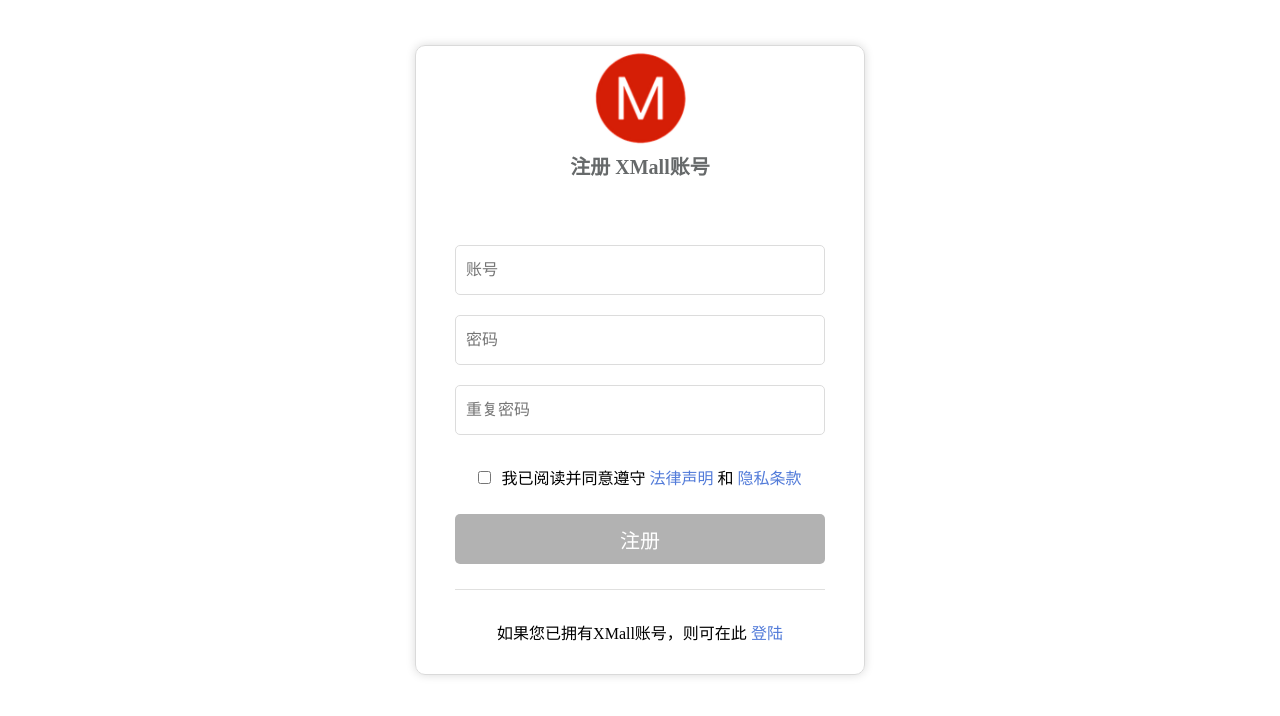
Repository: dingqihui1997/xmall-demo
Page: /signin
The author's editor kept a copy of each file at every save. The page is drawn from the files as they stood at one save, then again after the next save.
The browser window is 1280 px wide. The pictures show the whole page.
The project was rebuilt for these pictures with package versions that can differ from the ones it lists, and the page was loaded fresh each time. Also part of the build but not shown: vue.config.js, src/views/Home.vue.

Above is the page before, as saved 2021-06-29 17:35:11.

After the next save:
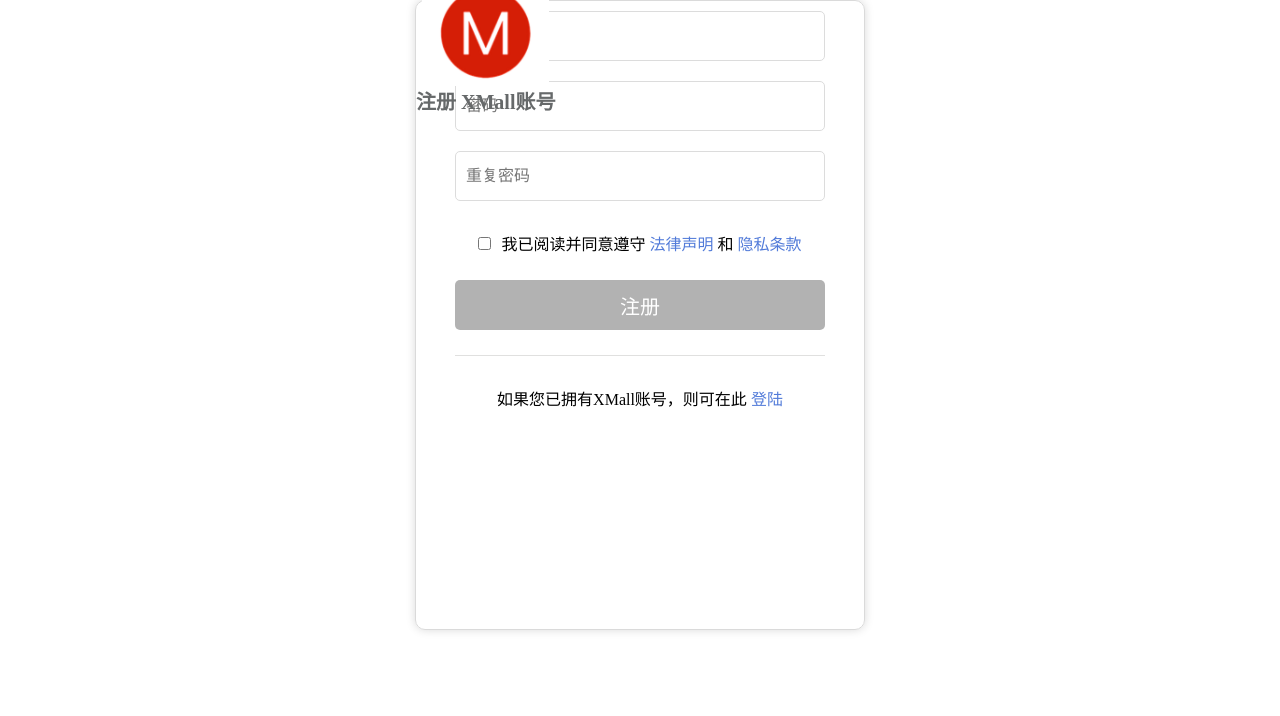
Saved 48 s later.
--- a/src/components/signin/Signin.vue
+++ b/src/components/signin/Signin.vue
@@ -121,7 +121,7 @@
   border: 1px solid #dadada;
   border-radius: 10px;
   box-shadow: 0 0 10px #dadada;
-  //   position: relative;
+  position: relative;
 }
 .one {
   height: 100vh;
@@ -132,8 +132,8 @@
   color: #66696a;
   font-weight: 700;
   margin-bottom: 35px;
-  //   position: absolute;
-  //   top: 20px;
+  position: absolute;
+  top: -20px;
 }
 .ipt {
   width: 370px;

After the save that followed:
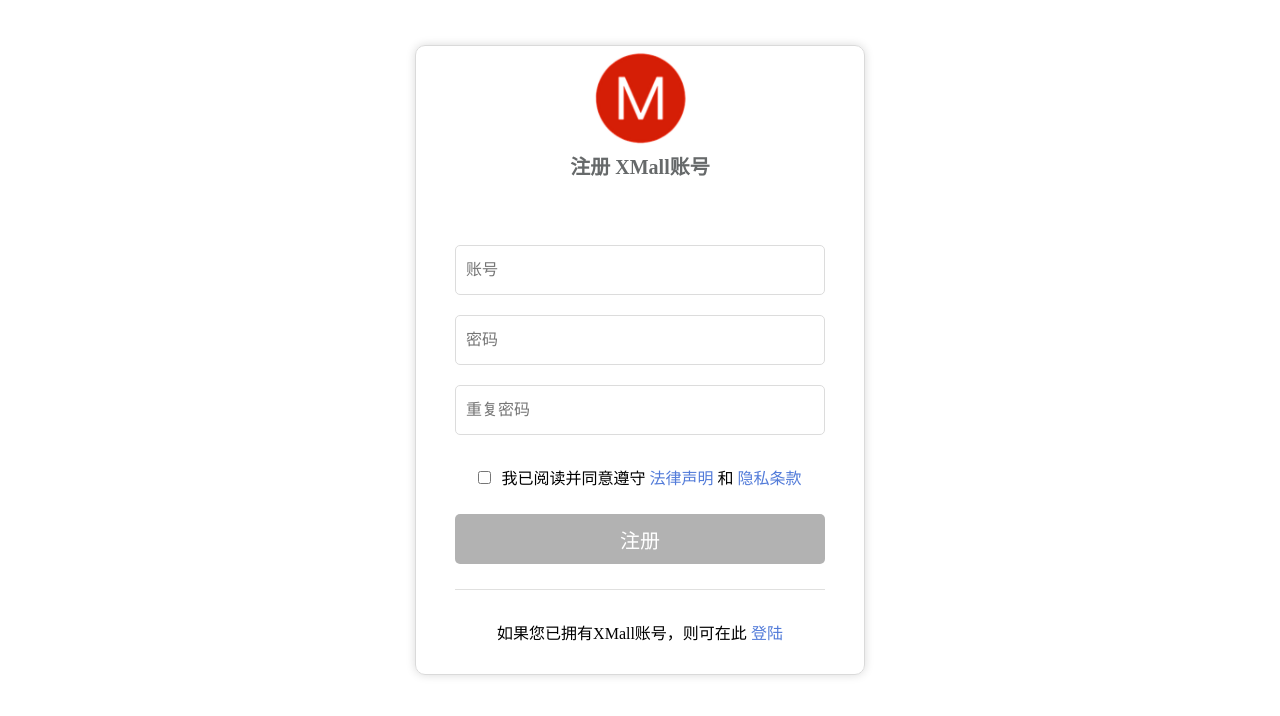
Saved 24 s later.
--- a/src/components/signin/Signin.vue
+++ b/src/components/signin/Signin.vue
@@ -121,7 +121,7 @@
   border: 1px solid #dadada;
   border-radius: 10px;
   box-shadow: 0 0 10px #dadada;
-  position: relative;
+  //   position: relative;
 }
 .one {
   height: 100vh;
@@ -132,8 +132,8 @@
   color: #66696a;
   font-weight: 700;
   margin-bottom: 35px;
-  position: absolute;
-  top: -20px;
+  //   position: absolute;
+  //   top: -20px;
 }
 .ipt {
   width: 370px;
